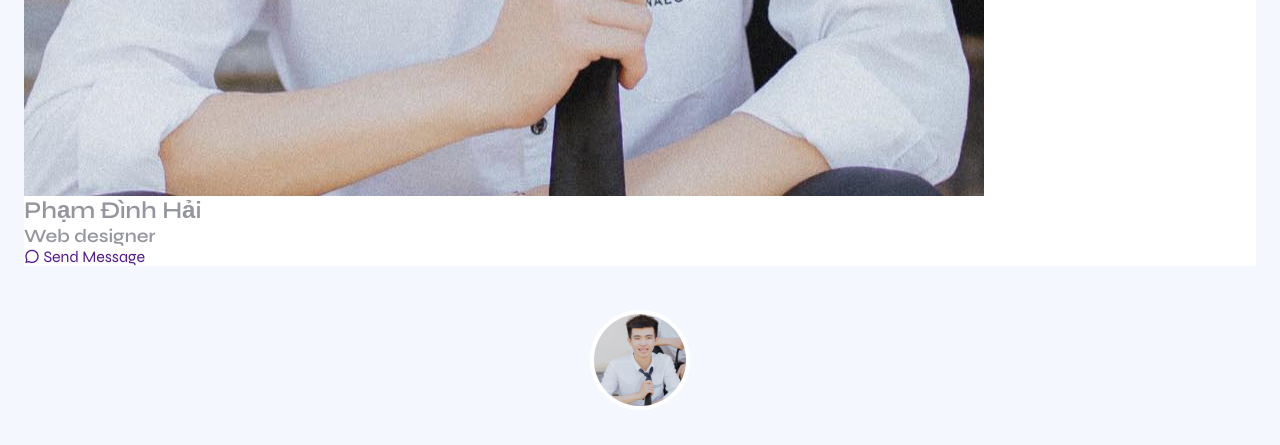
Repository: dinhhaidh/Profile
Page: index.html
These files come from the project's save history. The page is drawn as it stood at one moment and after a run of saves; the edit follows.
The browser window is 1280 px wide. The pictures show the whole page.
Some web libraries are served in a nearby version.

Above is the page before, as saved 2024-02-29 09:10:17.

After the next 5 saves:
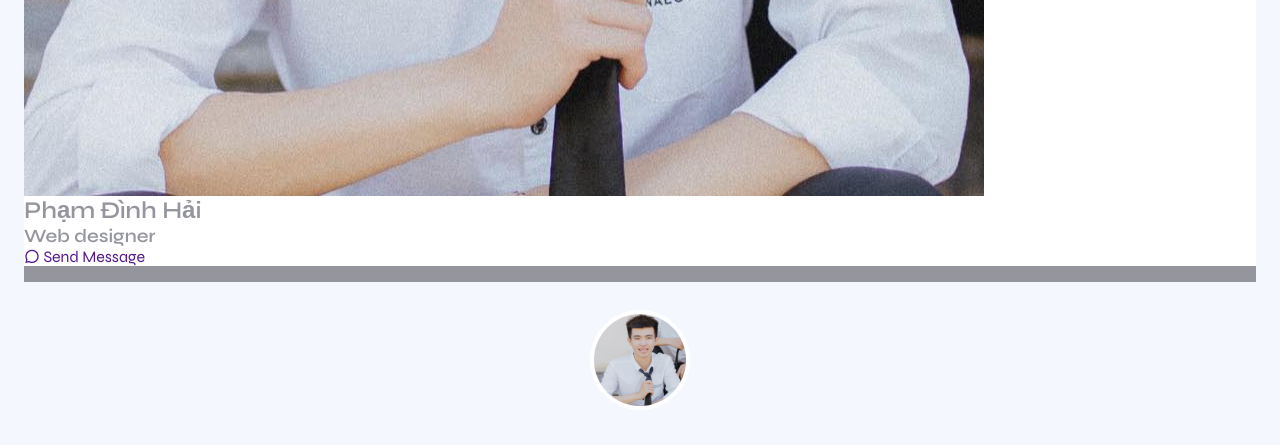
The 5 saves are shown as one change because they came seconds apart.
The last was saved 32 s later.
--- a/style.css
+++ b/style.css
@@ -87,6 +87,7 @@
     position: relative;
     width: calc(100vw - 3rem);
     background-color: var(--container-color);
+    box-shadow: 0 16px ;
 }
 .card__header{
 

After the 4 saves that followed:
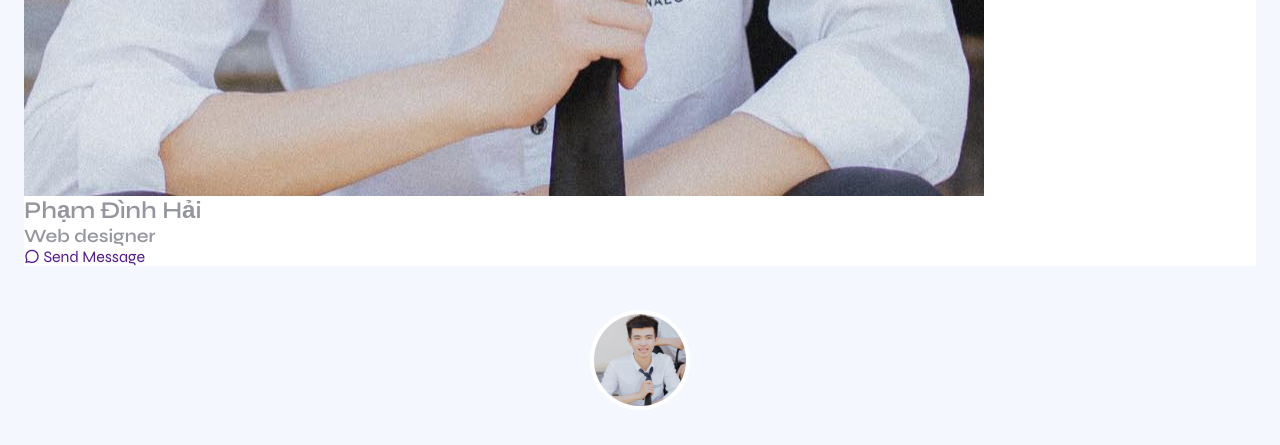
The 4 saves are shown as one change because they came seconds apart.
The last was saved 12 s later.
--- a/style.css
+++ b/style.css
@@ -87,7 +87,7 @@
     position: relative;
     width: calc(100vw - 3rem);
     background-color: var(--container-color);
-    box-shadow: 0 16px ;
+    box-shadow: 0 16px 32px hsla(230, 50%, );
 }
 .card__header{
 
